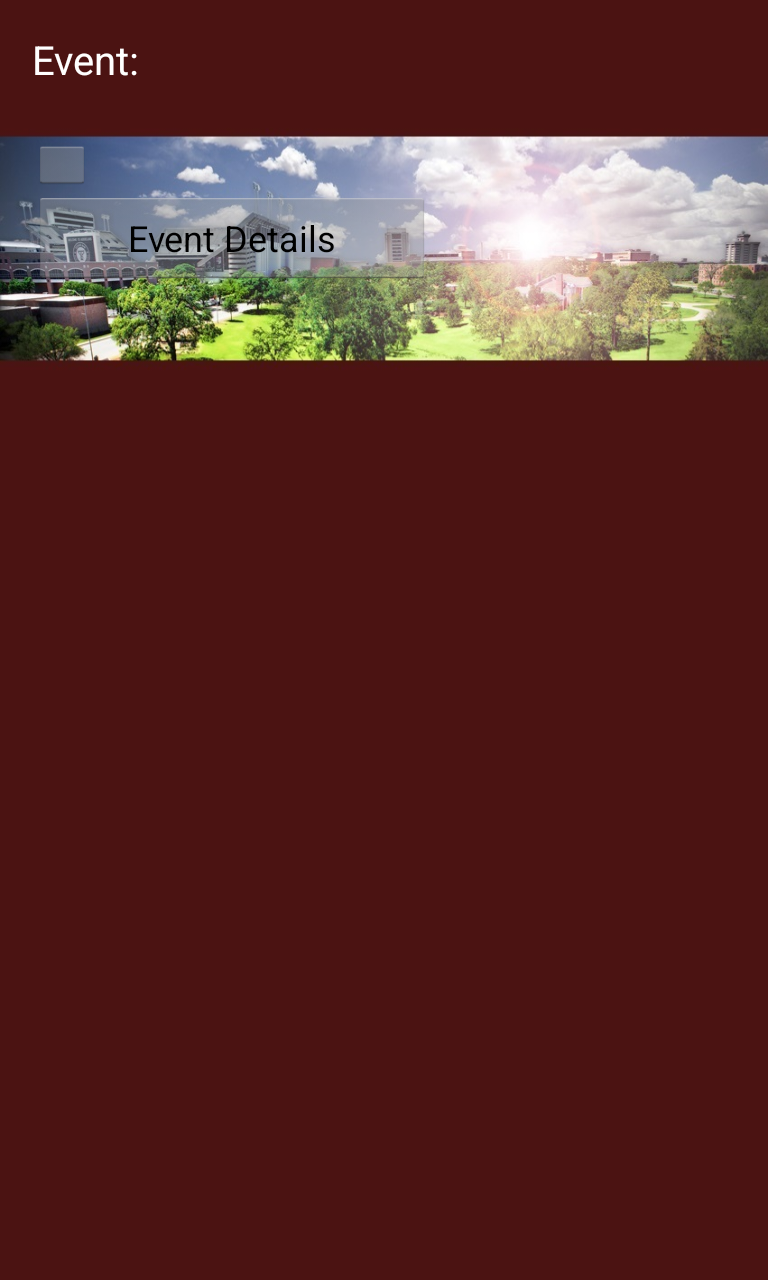
Repository: jannelg92/ANDROIDAPP
Layout: GEOINNOVATION/TAMUgis-dayEvents/res/layout/event_calendar_item.xml
The author's editor kept a copy of each file at every save. The layout is drawn from the files as they stood at one save, then again after the next save.
It is drawn on a 768 x 1280 px phone screen (xhdpi) without system bars, with theme AppTheme; the app's code is not run.

Above is the layout before, as saved 2014-04-23 02:11:01.

### GEOINNOVATION/TAMUgis-dayEvents/res/layout/event_calendar_item.xml

<LinearLayout xmlns:android="http://schemas.android.com/apk/res/android"
    xmlns:tools="http://schemas.android.com/tools"
    android:layout_width="match_parent"
    android:layout_height="match_parent"
    android:id="@+id/eventCalendarList"
    android:orientation="vertical"
    android:background="@drawable/aggieland_bbackground"
    android:paddingBottom="@dimen/activity_vertical_margin"
    android:paddingLeft="@dimen/activity_horizontal_margin"
    android:paddingRight="@dimen/activity_horizontal_margin"
    android:paddingTop="@dimen/activity_vertical_margin" >


		      <TextView
		        android:id="@+id/event_label"
		        android:layout_width="wrap_content"
		        android:layout_height="wrap_content"
		        android:drawablePadding="10dp"
		        android:text="Event: "
		        android:textColor="#ffffff"
		        android:textSize="@dimen/mid_text" />
		       <TextView
		        android:id="@+id/event_name"
		        android:layout_width="wrap_content"
		        android:layout_height="wrap_content"
		        android:drawablePadding="10dp"
		        android:text="                                      "
		        android:textColor="#500000"
		        android:textSize="@dimen/mid_text" />
		        <Button
		        android:id="@+id/event_dtls"
		        android:layout_width="60px"
		        android:layout_height="50px"
		        android:drawablePadding="10dp"
		        android:src="@drawable/plus_square"
		        />




    <Button
        android:id="@+id/eventDetails_b"
        android:layout_width="200dp"
        android:layout_height="wrap_content"
        android:layout_marginBottom="10dp" android:text="@string/details"
        android:clickable="true"
        android:src="@drawable/plus_square" />

</LinearLayout>

### GEOINNOVATION/TAMUgis-dayEvents/res/values/dimens.xml
<resources>

   <dimen name="activity_horizontal_margin">16dp</dimen>
    <dimen name="activity_vertical_margin">16dp</dimen>

    <dimen name="big_text">28dip</dimen>
    <dimen name="mid_text">20dip</dimen>
    <dimen name="small_text">16dip</dimen>
    <dimen name="return_w">50dp</dimen>
    <dimen name="return_h">50dp</dimen>
    <dimen name="text_sizeW">70dp </dimen>
    <dimen name="text_sizeH">70dp</dimen>
    <dimen name="button_w">200dp </dimen>
    <dimen name="button_h">60dp </dimen>
    <!--
         Per the design guidelines, navigation drawers should be between 240dp and 320dp:
         https://developer.android.com/design/patterns/navigation-drawer.html
    -->
    <dimen name="navigation_drawer_width">277dp</dimen>

</resources>

### GEOINNOVATION/TAMUgis-dayEvents/res/values/strings.xml
<?xml version="1.0" encoding="utf-8"?>
<resources>

    <!-- Menu, Application, Object TITLES -->
    <string name="app_name">TAMU GIS DAY Events</string>
    <string name="application_name">Texas A&amp;M Geoservices</string>
    <string name="nav_drawer">Navigation Drawer</string>
    <string name="layout_piece">Structure or element of the layout</string>
    <string name="hello_world">Hello  W O R L D!! :)</string>
    <string name="title_menu">Navigation Menu</string>
    <string name="title_activity_user_options">UserOptions</string>
    <string name="title_activity_events">Events</string>
    <string name="title_activity_event_checkin">Event_checkin</string>
    <string name="title_section1">Welcome</string>
    <string name="title_section2">Events</string>
    <string name="title_sectionLogin">Log-in</string>
    <string name="title_section3">Event Check-in</string>
    <string name="title_section4">My Events</string>
    <string name="title_section5">Settings</string>
    <string name="title_section6">Log-out</string>


    <string-array name="mainTitles">
        <item id="menu1_99">Log-in </item>
        <item id="menu1_100">Event Calendar </item>
        <item id="menu1_101">Share </item>
    </string-array>
    <string-array name="userTitles">
        <item id="menu2_99"> Event Calendar </item>
        <item id="menu2_100"> Event Check-in </item>
        <item id="menu2_101"> My Events </item>
        <item id="menu2_102"> Share </item>
        <item id="menu2_103"> Settings </item>
        <item id="menu2_104"> Log-out</item>
    </string-array>
    <string-array name="menuTitles">
        <item id="menu2_99">   Home  </item>
        <item id="menu2_100"> Log-in </item>
        <item id="menu2_101"> Event Calendar </item>
        <item id="menu2_102"> Event Check-in </item>
        <item id="menu2_103"> My Events </item>
        <item id="menu2_104"> Share </item>
        <item id="menu2_105"> Settings </item>
        <item id="menu2_106"> Log-out </item>
    </string-array>

    <array name="nav_drawer_icons">
        <item>@drawable/ic_launcher</item>
        <item>@drawable/ic_action_signup</item>
        <item>@drawable/ic_action_eventcal</item>
        <item>@drawable/ic_action_checkin</item>
        <item>@drawable/ic_action_myevents</item>
        <item>@drawable/ic_action_share</item>
        <item>@drawable/ic_action_settings</item>
        <item>@drawable/ic_action_import_export</item>
    </array>

    <!--  -->


    <!-- Strings related to Settings, Example General settings -->
    <string name="pref_header_general">General</string>
    <string name="pref_title_social_recommendations">Enable social recommendations</string>
    <string name="pref_description_social_recommendations">Recommendations for people to contact based on your message history</string>
    <string name="pref_title_display_name">Display name</string>
    <string name="pref_default_display_name">John Smith</string>
    <string name="pref_title_add_friends_to_messages">Add friends to messages</string>

    <string-array name="pref_example_list_titles">
        <item>Always</item>
        <item>When possible</item>
        <item>Never</item>
    </string-array>
    <string-array name="pref_example_list_values">
        <item>1</item>
        <item>0</item>
        <item>-1</item>
    </string-array>

    <!-- Example settings for Data & Sync -->
    <string name="pref_header_data_sync">Data &amp; sync</string>
    <string name="pref_title_sync_frequency">Sync frequency</string>

    <string-array name="pref_sync_frequency_titles">
        <item>15 minutes</item>
        <item>30 minutes</item>
        <item>1 hour</item>
        <item>3 hours</item>
        <item>6 hours</item>
        <item>Never</item>
    </string-array>
    <string-array name="pref_sync_frequency_values">
        <item>15</item>
        <item>30</item>
        <item>60</item>
        <item>180</item>
        <item>360</item>
        <item>-1</item>
    </string-array>

    <string name="pref_title_system_sync_settings">System sync settings</string>

    <!-- Example settings for Notifications -->

    <string name="pref_header_notifications">Notifications</string>
    <string name="pref_title_new_message_notifications">New message notifications</string>
    <string name="pref_title_ringtone">Ringtone</string>
    <string name="pref_ringtone_silent">Silent</string>
    <string name="pref_title_vibrate">Vibrate</string>
    <string name="app_settings">App Settings</string>
    <string name="main">Home</string>
    <string name="login">Log-in</string>
    <string name="calendar">Event Calendar</string>
    <string name="checkin">Event Checkin</string>
    <string name="myevents">My Events</string>
    <string name="share">Share</string>
    <string name="map">Map</string>
    <string name="settings">Settings</string>
    <string name="logout">Log-out</string>
    <string name="returnB">Back</string>
    <string name="details">Event Details</string>
    <string name="prof_classes">Professor-added Classes </string>
    <string name="prof">Professors </string>
    <string name="pics">Pictures</string>
    <string name="signup">Sign-up </string>
    <string name="mycourses">My Courses</string>
    <string name="notify">Notifcation Options </string>
    <string name="event_remind">Send Event Reminders</string>
    <string name="push">Allow Push Notifications</string>
    <string name="gps">Allow GPS Tracking</string>

    <!-- Description Strings -->
    <color name="maroon">#500000</color>
    <color name="selector">#F4AF00</color>
    <color name="background">#FDEFCC </color>

    <string name="drawer_open">Open Menu</string>
    <string name="drawer_close">Close Menu</string>
    <string name="app_error">Sorry, GIS DAY app is NOT available.</string>
    <string name="navigation_drawer_open">Open navigation drawer</string>
    <string name="navigation_drawer_close">Close navigation drawer</string>
    <string name="action_example">HelloWorld</string>
    <string name="action_settings">Settings</string>
    <string name="prompt_email">Email</string>
    <string name="prompt_password">Password</string>
    <string name="action_sign_in_register"><b>Sign in</b> or register</string>
    <string name="action_sign_in_short">Sign in</string>
    <string name="action_forgot_password">Recover lost password</string>
    <string name="login_progress_signing_in">Signing in&#8230;</string>
    <string name="error_invalid_email">This email address is invalid</string>
    <string name="error_invalid_password">This password is too short</string>
    <string name="error_incorrect_password">This password is incorrect</string>
    <string name="error_field_required">This field is required</string>
    <string name="title_activity_event_calendar">EventCalendar</string>

</resources>

Loaded but not shown: GEOINNOVATION/TAMUgis-dayEvents/res/values/styles.xml (common file); GEOINNOVATION/TAMUgis-dayEvents/res/values-v11/styles.xml (common file); GEOINNOVATION/TAMUgis-dayEvents/res/values-v14/styles.xml (common file); GEOINNOVATION/TAMUgis-dayEvents/res/values-w820dp/dimens.xml (common file)

After the next save:
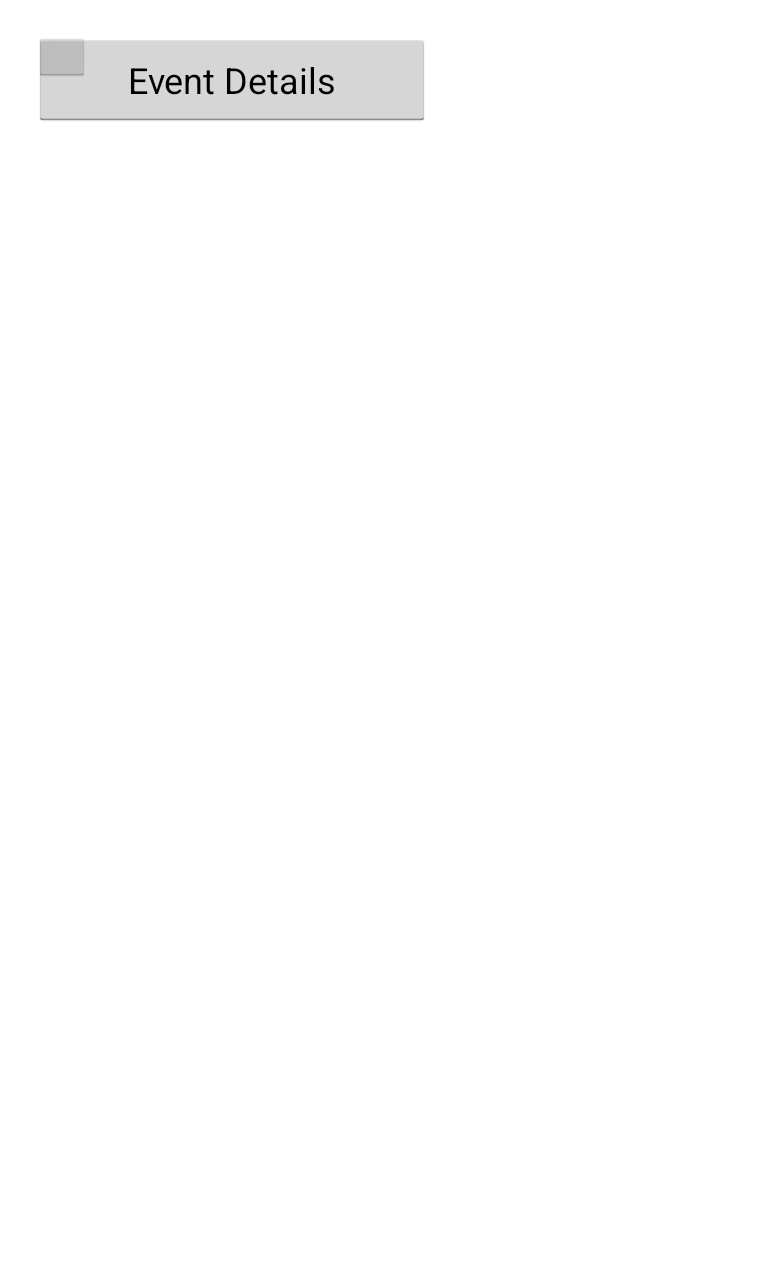
Saved 7 min 56 s later.
--- a/GEOINNOVATION/TAMUgis-dayEvents/res/layout/event_calendar_item.xml
+++ b/GEOINNOVATION/TAMUgis-dayEvents/res/layout/event_calendar_item.xml
@@ -1,11 +1,9 @@
-
-<LinearLayout xmlns:android="http://schemas.android.com/apk/res/android"
-    xmlns:tools="http://schemas.android.com/tools"
+<?xml version="1.0" encoding="utf-8"?>
+<RelativeLayout xmlns:android="http://schemas.android.com/apk/res/android"
     android:layout_width="match_parent"
-    android:layout_height="match_parent"
-    android:id="@+id/eventCalendarList"
+    android:layout_height="48dp"
+    android:id="@+id/eventCalendarListitem"
     android:orientation="vertical"
-    android:background="@drawable/aggieland_bbackground"
     android:paddingBottom="@dimen/activity_vertical_margin"
     android:paddingLeft="@dimen/activity_horizontal_margin"
     android:paddingRight="@dimen/activity_horizontal_margin"
@@ -47,4 +45,4 @@
         android:clickable="true"
         android:src="@drawable/plus_square" />
 
-</LinearLayout>
+</RelativeLayout>
